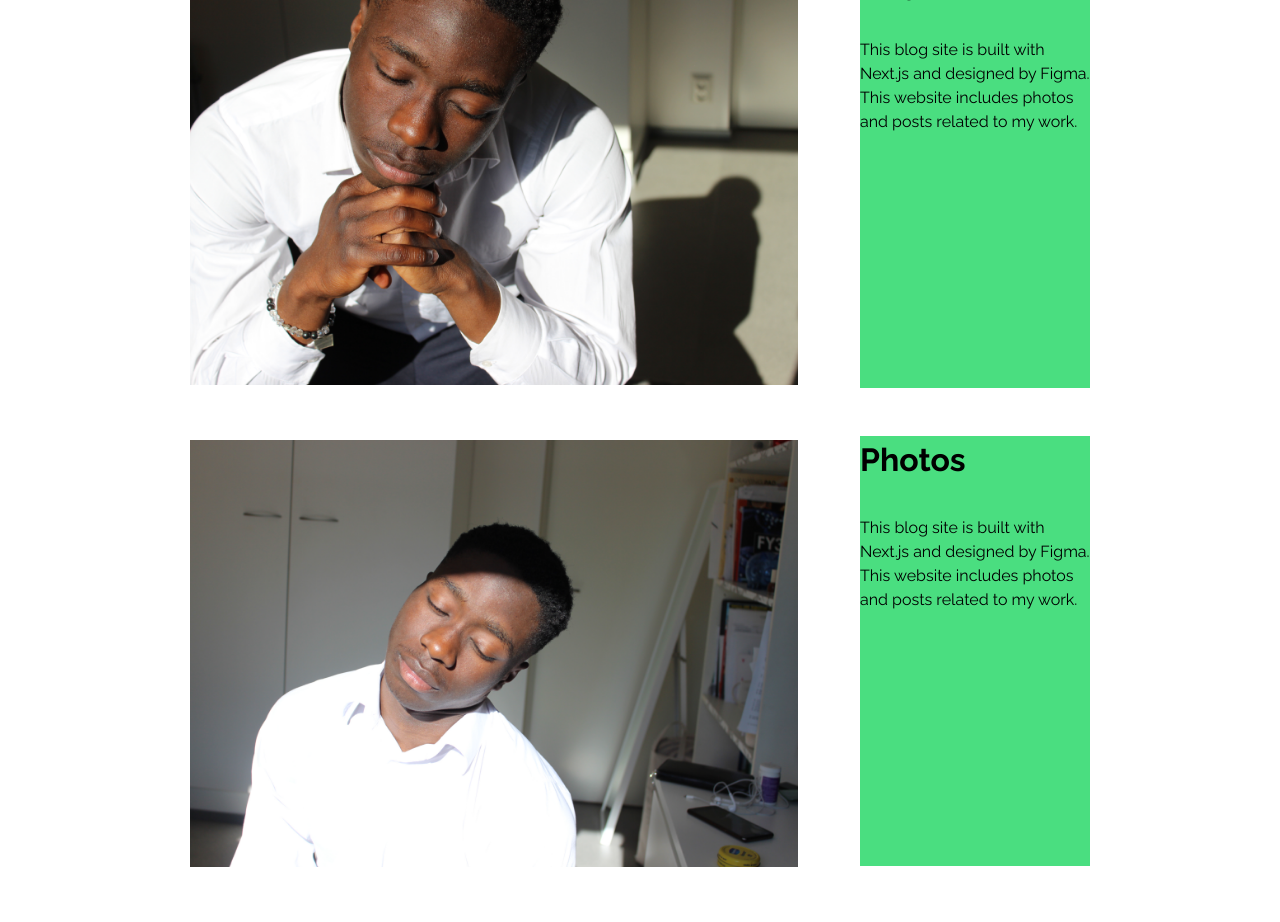
Repository: Graquick/Blog
Page: /photos
The author's editor kept a copy of each file at every save. The page is drawn from the files as they stood at one save, then again after the next save.
The browser window is 1280 px wide. The pictures show the whole page.
The project was rebuilt for these pictures with package versions that can differ from the ones it lists, and the page was loaded fresh each time. The framework's server and built-in components were replaced by stand-ins that run in the browser. Also part of the build but not shown: next.config.js, components/Footer.js.

Above is the page before, as saved 2022-07-07 14:25:28.

After the next save:
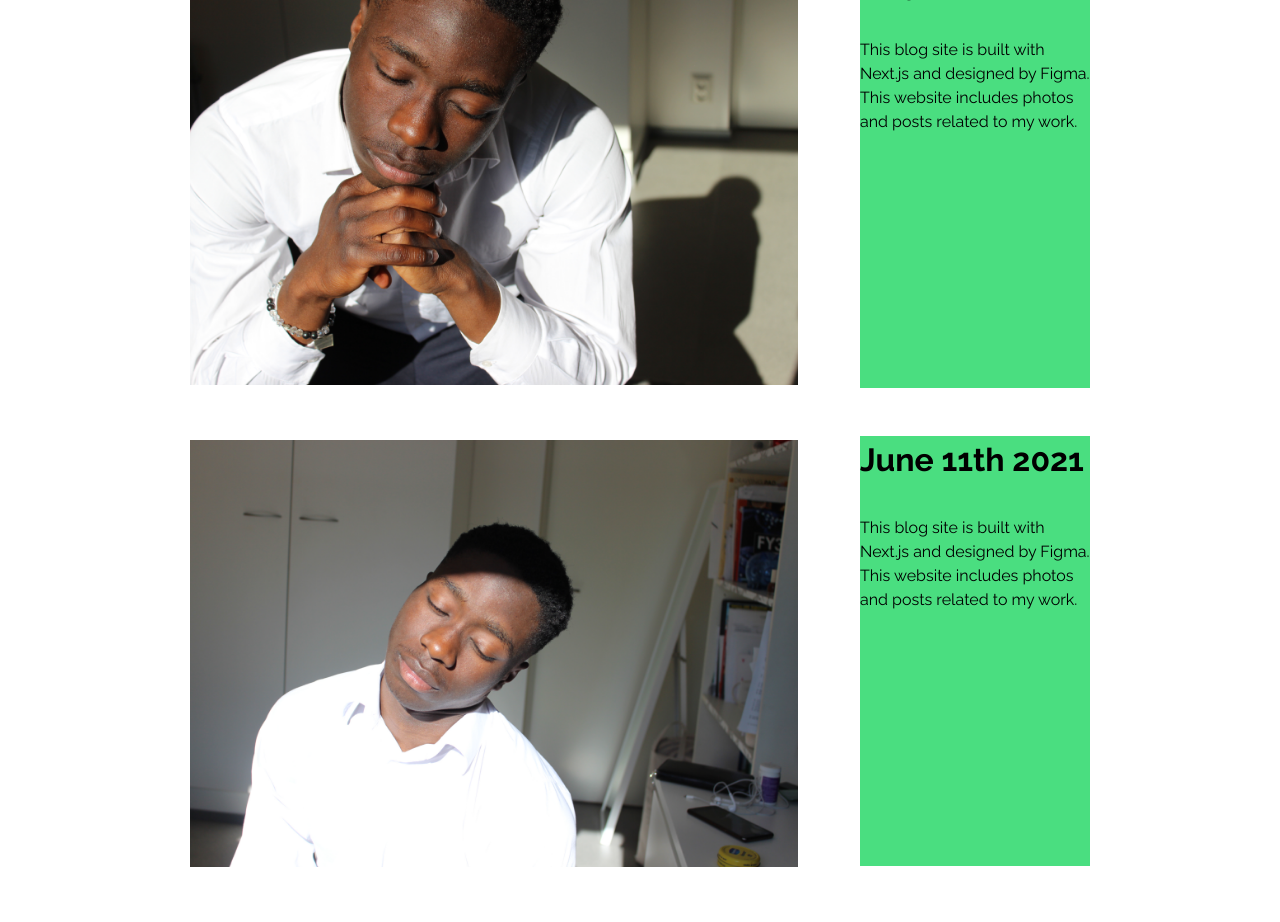
Saved 9 s later.
--- a/pages/photos.js
+++ b/pages/photos.js
@@ -20,7 +20,7 @@ const photos = [
 
 const desc = [
     { id: 1, title: 'July 2nd, 2022', src: photo1, text: "This blog site is built with Next.js and designed by Figma. This website includes photos and posts related to my work." },
-    { id: 2, title: 'Photos', src: photo2, text: "This blog site is built with Next.js and designed by Figma. This website includes photos and posts related to my work."}
+    { id: 2, title: 'June 11th 2021', src: photo2, text: "This blog site is built with Next.js and designed by Figma. This website includes photos and posts related to my work."}
 ]
 
 const layInfo = {
